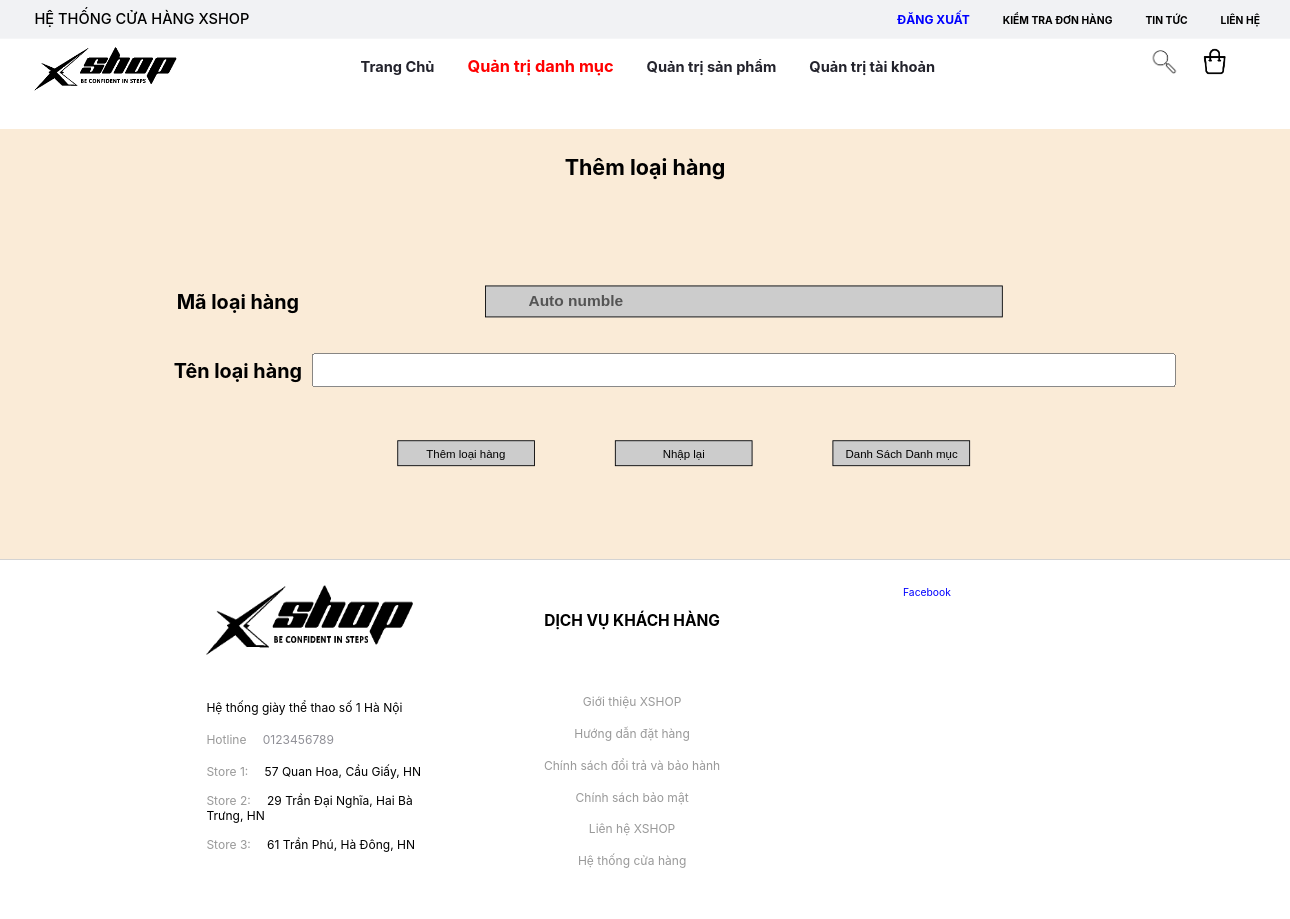
Repository: tienaq123/dam
Page: http://localhost/ass/ad/themdanhmuc.php
The author's editor kept a copy of each file at every save. The page is drawn from the files as they stood at one save, then again after the next save.
The browser window is 1280 px wide. The page is 1500 px wide, so the pictures cover 1500 px, including what lies to the right of the window. The pictures show the whole page, at 86% of full size.
The page is run by PHP 8.4 with error messages shown; the project is at /var/www/html/.

Above is the page before, as saved 2021-10-22 00:29:16.

After the next save:
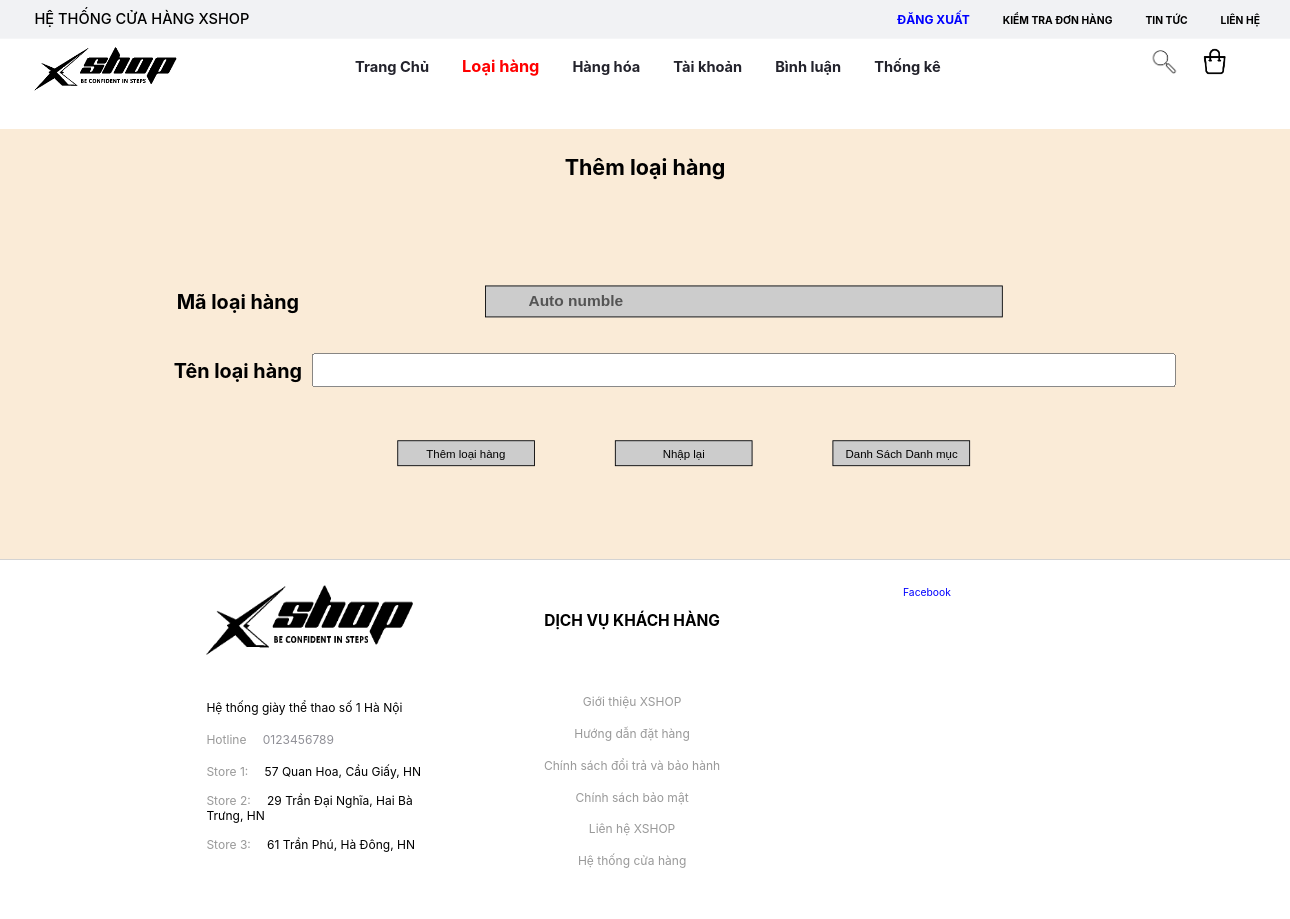
Saved 29 s later.
--- a/ad/themdanhmuc.php
+++ b/ad/themdanhmuc.php
@@ -37,10 +37,12 @@
             </div>
             <div class="menu">
                 <ul>
-                    <li><a href="../home.php">Trang Chủ</a></li>
-                    <li><a href="quantridanhmuc.php" style="color: red; font-size: 19px;">Quản trị danh mục</a></li>
-                    <li><a href="quantrisanpham.php">Quản trị sản phẩm</a></li>
-                    <li><a href="quantritaikhoan.php">Quản trị tài khoản</a></li>
+                    <li><a href="home.php">Trang Chủ</a></li>
+                    <li><a href="./ad/quantridanhmuc.php" style="color: red; font-size: 19px;">Loại hàng</a></li>
+                    <li><a href="./ad/quantrisanpham.php">Hàng hóa</a></li>
+                    <li><a href="./ad/quantritaikhoan.php">Tài khoản</a></li>
+                    <li><a href="./ad/quantritaikhoan.php">Bình luận</a></li>
+                    <li><a href="./ad/quantritaikhoan.php">Thống kê</a></li>
                     <div id="nav">
                         <a href="product.php"> <img src="../img/search.png" alt=""></a>
                         <a href="product.php"><img src="../img/giohang.png" alt=""></a>
